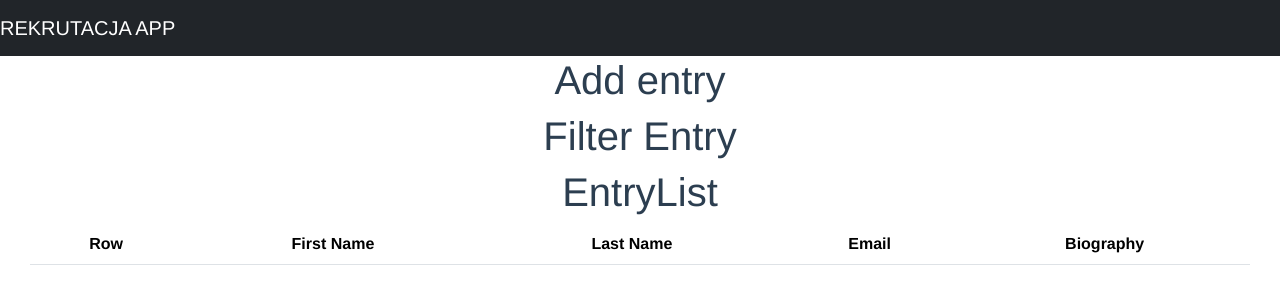
Repository: Madaless/vue_elastic
Page: / (app in vuejsapp/crudapp/)
These files come from the project's save history. The page is drawn as it stood at one moment and after the next save; the edit follows.
The browser window is 1280 px wide. The pictures show the whole page.
The page's requests for data from a server got no answer. The project was rebuilt for these pictures with package versions that can differ from the ones it lists, and the page was loaded fresh each time. No one was signed in, and anything a server would have sent is missing.

Above is the page before, as saved 2021-09-12 11:44:02.

After the next save:
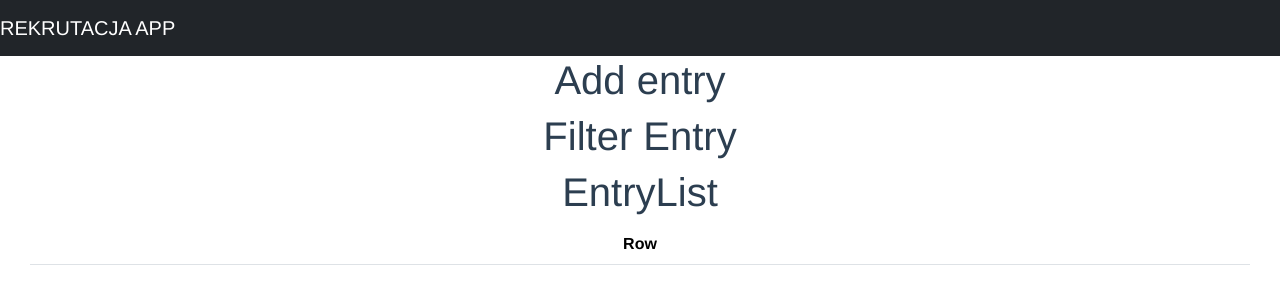
Saved 24 s later.
--- a/vuejsapp/crudapp/src/components/EntryList.vue
+++ b/vuejsapp/crudapp/src/components/EntryList.vue
@@ -7,10 +7,6 @@
         <thead>
           <tr>
             <th>Row</th>
-            <th>First Name</th>
-            <th>Last Name</th>
-            <th>Email</th>
-            <th>Biography</th>
           </tr>
         </thead>
         <tbody>
